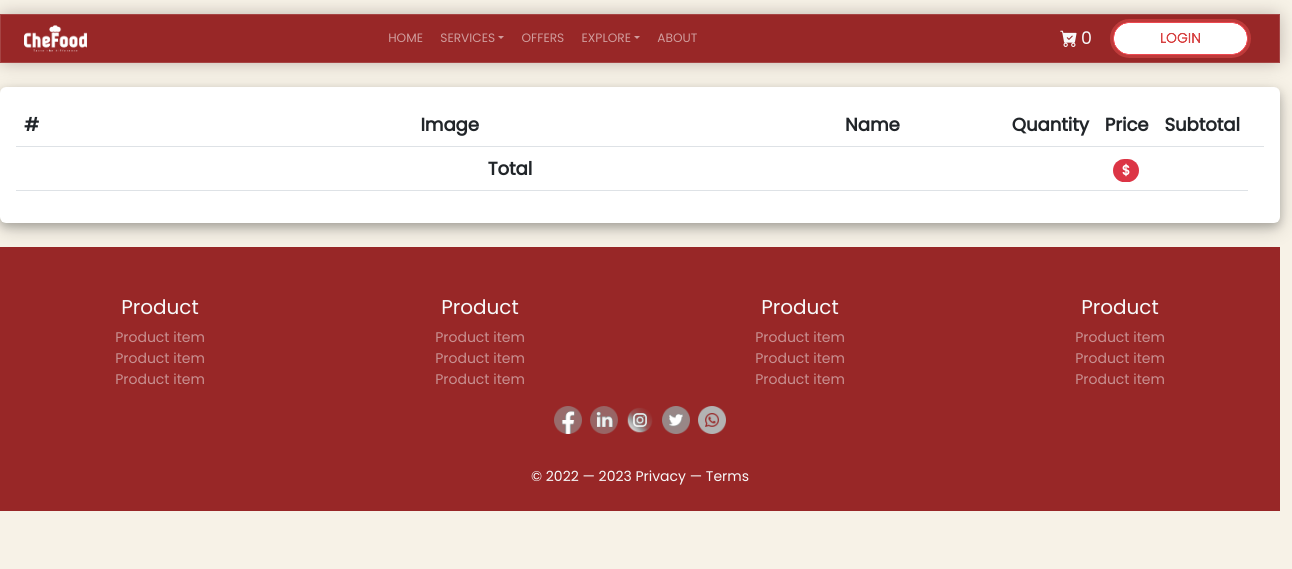
Repository: qamchamine/chefood
Page: /cart (app in front-end/)
An editor plug-in stored every save of this project. The page is shown before and after the next save, followed by the edit.
The browser window is 1280 px wide. The page is 1292 px wide, so the pictures cover 1292 px, including what lies to the right of the window. The pictures show the whole page.
The page's requests for data from a server got no answer. The project was rebuilt for these pictures with package versions that can differ from the ones it lists, and the page was loaded fresh each time. Some packages were replaced by stand-ins written for this rebuild. No one was signed in, and anything a server would have sent is missing. Also part of the build but not shown: front-end/src/css/products.css, front-end/src/components/small_components/ProductCard.jsx, front-end/src/components/small_components/AddProduct.jsx, front-end/src/components/pages/sub-pages/Products.jsx, front-end/src/components/small_components/ButtonMain.jsx, front-end/src/components/small_components/HomeCard.jsx, front-end/src/components/small_components/HomeCardFullSection.jsx, front-end/src/components/pages/Home.jsx and 34 more. Imported but missing from the stored project, and not drawn on this page: front-end/src/sounds/applause.mp3, front-end/src/sounds/wheel.mp3.

Above is the page before, as saved 2023-06-25 01:59:58.

After the next save:
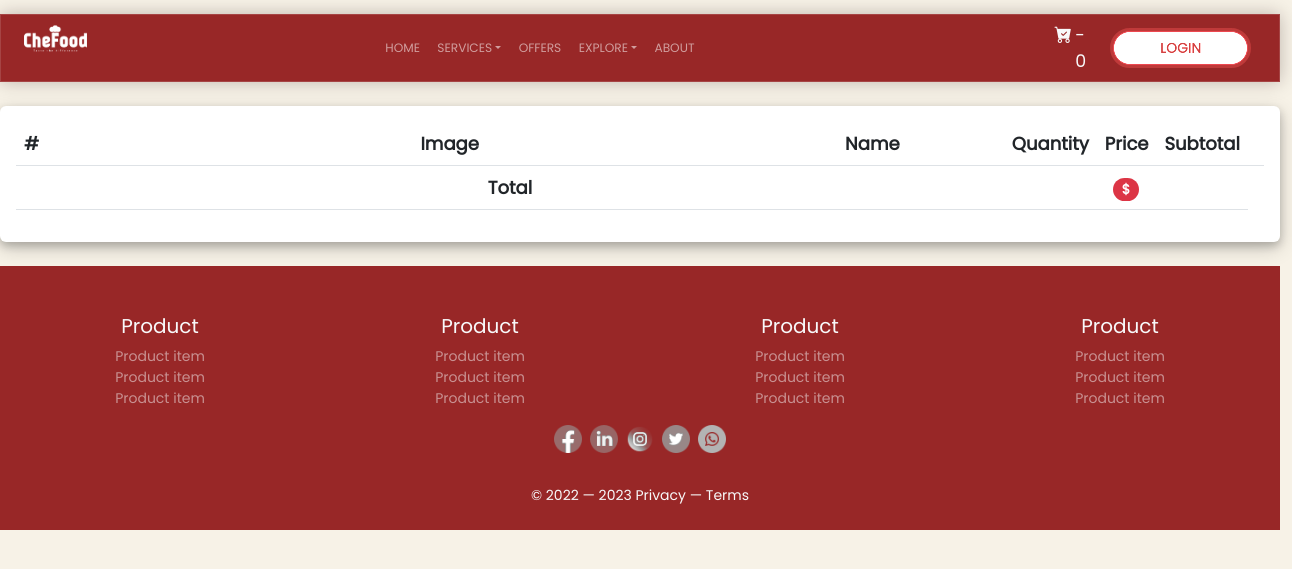
Saved 25 s later.
--- a/front-end/src/components/Navbar.jsx
+++ b/front-end/src/components/Navbar.jsx
@@ -114,7 +114,7 @@
             </li>
           </ul>
           <Link className="nav-link active text-light d-flex gap-1 me-4  fs-5" to="/cart">
-            <i className="bi bi-cart-check-fill  "> </i> {orders.length}
+            <i className="bi bi-cart-check-fill  "> </i> - {orders.length}
         </Link>
           {isLoggedIn ? (
             <div className="btn-group me-4 d-flex align-items-center">

After the save that followed:
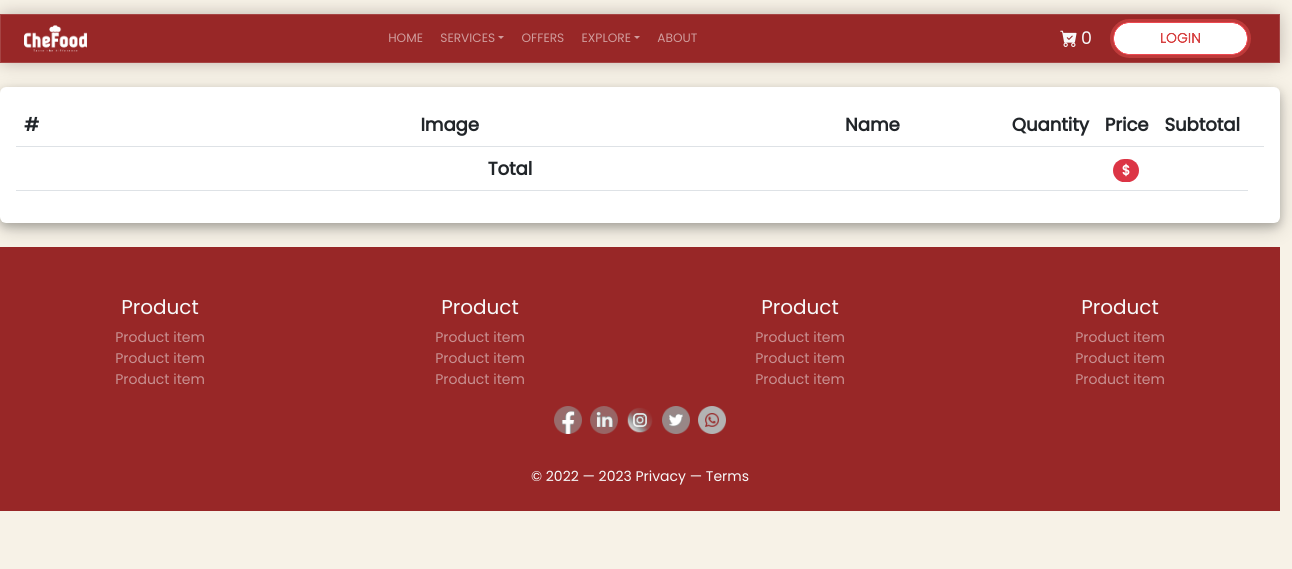
Saved 19 s later.
--- a/front-end/src/components/Navbar.jsx
+++ b/front-end/src/components/Navbar.jsx
@@ -114,7 +114,7 @@
             </li>
           </ul>
           <Link className="nav-link active text-light d-flex gap-1 me-4  fs-5" to="/cart">
-            <i className="bi bi-cart-check-fill  "> </i> - {orders.length}
+            <i className="bi bi-cart-check-fill  "> </i>  {orders.length}
         </Link>
           {isLoggedIn ? (
             <div className="btn-group me-4 d-flex align-items-center">
